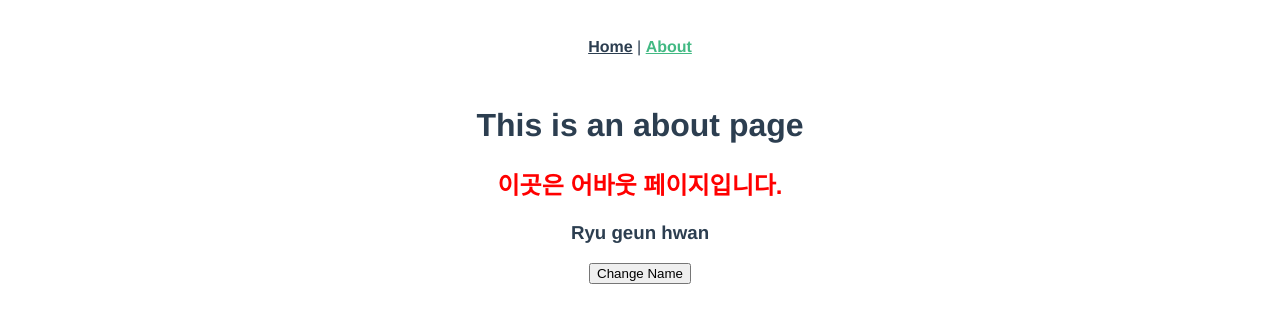
Repository: RyuGeunHwan/code_J
Page: /about (app in vue-emit/)
These files come from the project's save history. The page is drawn as it stood at one moment and after the next save; the edit follows.
The browser window is 1280 px wide. The pictures show the whole page.
The project was rebuilt for these pictures with package versions that can differ from the ones it lists, and the page was loaded fresh each time. Also part of the build but not shown: vue-emit/src/components/InputField.vue, vue-emit/src/views/Home.vue.

Above is the page before, as saved 2022-08-12 14:34:07.

### vue-emit/src/views/About.vue
<template>
  <div class="about">
    <h1>This is an about page</h1>
    <h2>이곳은 어바웃 페이지입니다.</h2>
    <KossieCoder title="Aout title" />
  </div>
</template>

<script>
import KossieCoder from '@/components/KossieCoder.vue';

export default {
  components:{
    KossieCoder
  }
}
</script>

<style scoped>
h2{
  color : red
}
</style>

### vue-emit/src/components/KossieCoder.vue
<template>
    <div>
        <h1>{{title}}</h1>
        <h3>{{name}}</h3>
        <!-- <p>{{  name  }}</p> -->
        <button @click="updateName">Change Name</button>
    </div>
</template>

<script>
export default {
    props: {
        titlezz: {
            type : String,
            required : false ,
            //required = 무조건 항상 보내줘야한다는것
            default: 'default title'
            //default : 자식컴포넌트에서 props를 받아오지 않아도 default로 보여줌.
        },
        name: {
            type : String,
            required : false,
            //required = 무조건 항상 보내줘야한다는것
            default: 'Ryu geun hwan'
            //default : 자식컴포넌트에서 props를 받아오지 않아도 default로 보여줌.
        }
    },
    data(){
        return{
            // name : 'Kossie Coder'
        }
    },
    methods: {
        updateName(){
            this.name = 'Kossie Coder Updated'
        }
    }

}
</script>

<style scoped>

</style>

Loaded but not shown: vue-emit/public/index.html (common file); vue-emit/src/main.js (common file); vue-emit/src/App.vue (common file); vue-emit/src/router/index.js (common file); vue-emit/src/store/index.js (common file)

After the next save:
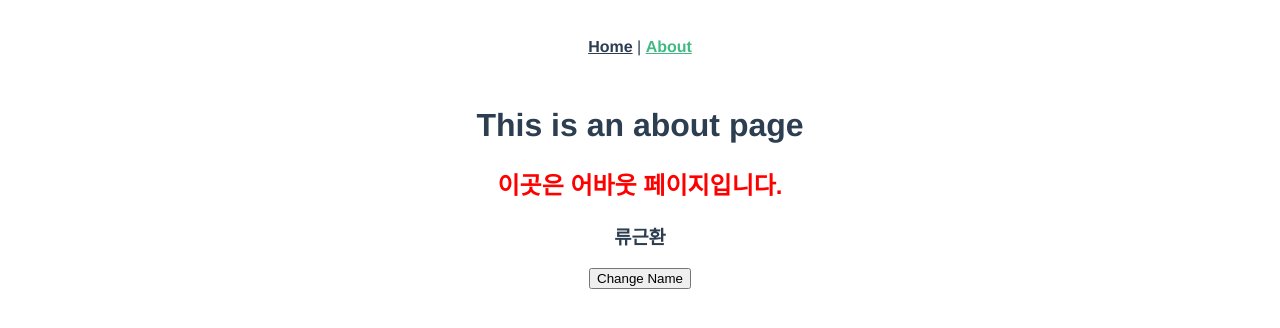
Saved 43 s later.
--- a/vue-emit/src/views/About.vue
+++ b/vue-emit/src/views/About.vue
@@ -2,7 +2,7 @@
   <div class="about">
     <h1>This is an about page</h1>
     <h2>이곳은 어바웃 페이지입니다.</h2>
-    <KossieCoder title="Aout title" />
+    <KossieCoder title="About title" name="류근환" />
   </div>
 </template>
 
